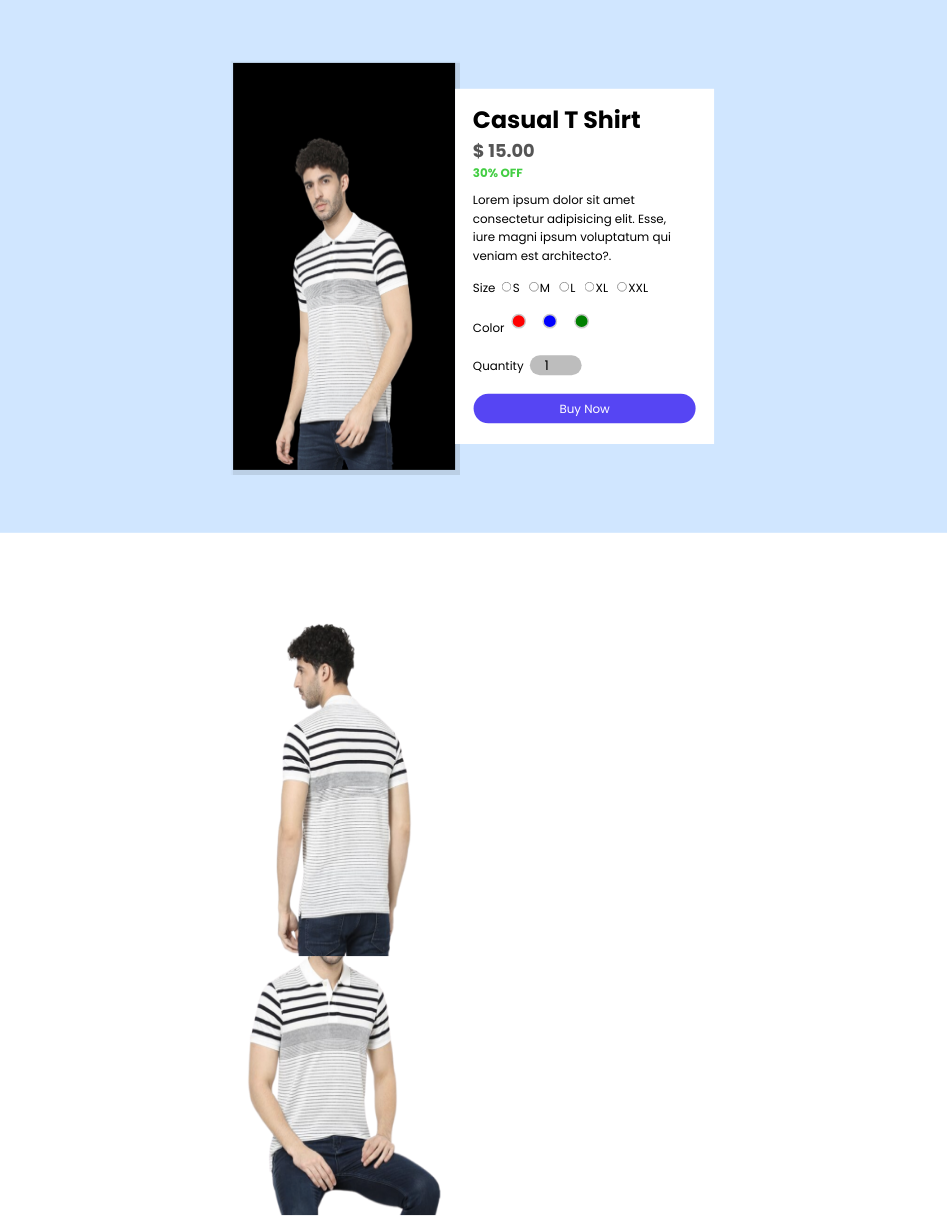
Repository: Ankitkr2021/Product-Page
Page: index.html
An editor plug-in stored every save of this project. The page is shown before and after the next save, followed by the edit.
The browser window is 1280 px wide. The pictures show the whole page, at 74% of full size.

Above is the page before, as saved 2025-10-25 14:48:13.

After the next save:
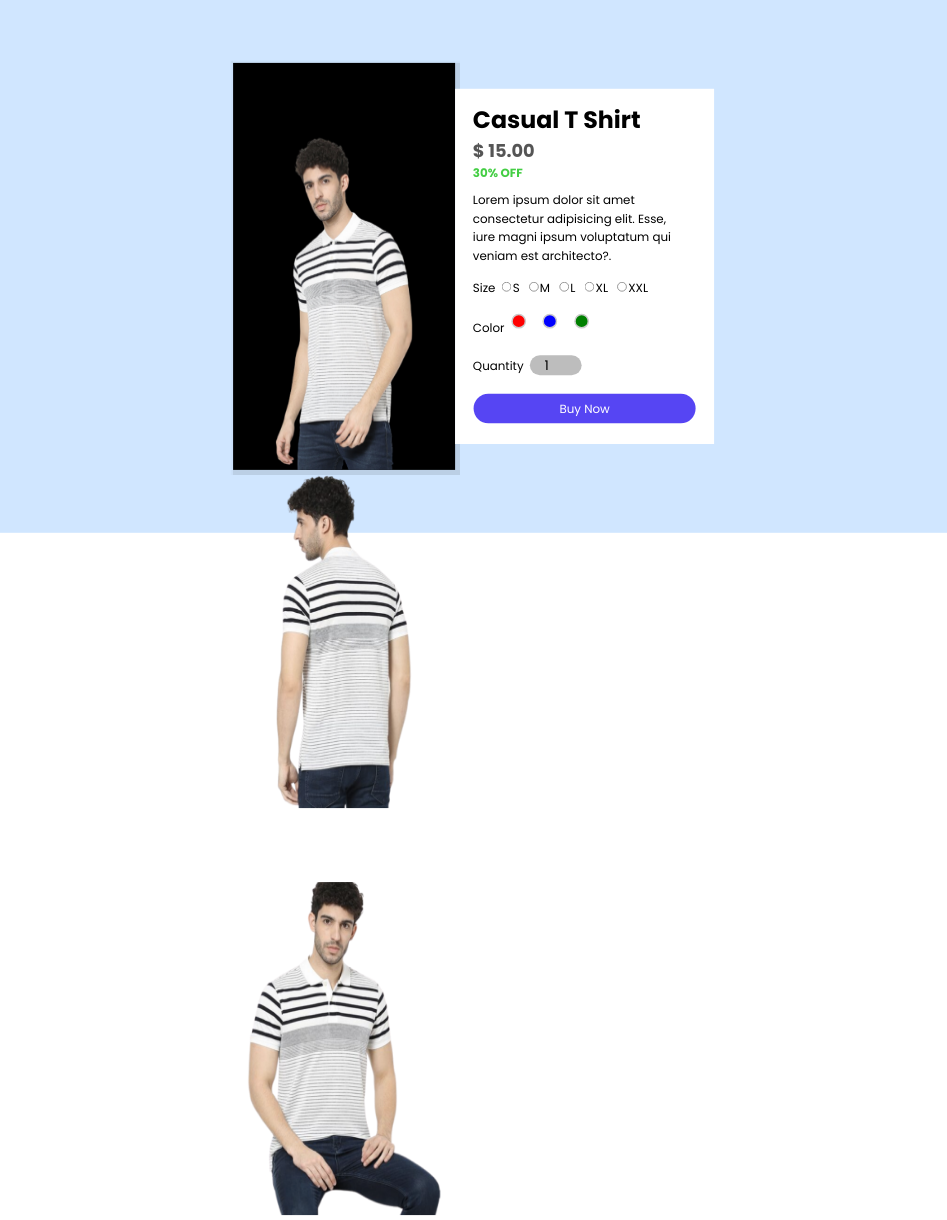
Saved 6 s later.
--- a/style.css
+++ b/style.css
@@ -32,7 +32,7 @@ img {
 
 .image2 {
   position: relative;
-  top: 100px;
+  bottom: 100px;
     height: 450px;
     width: 300px;
 }
